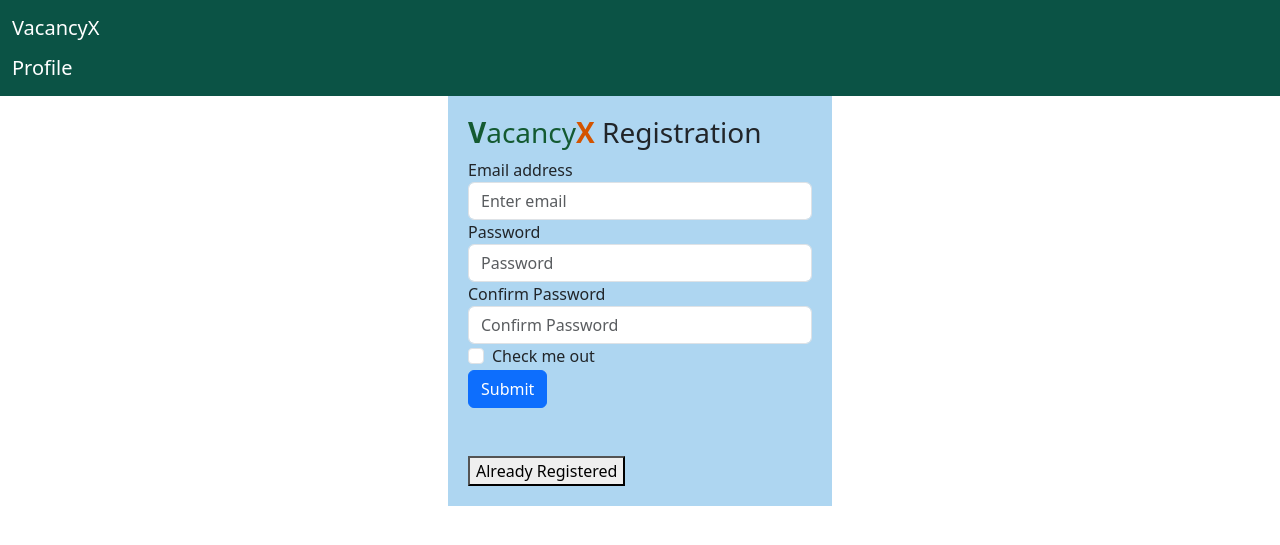
Repository: zipArk99/Vacancy-portal-serv
Page: http://localhost/VacancyPortal/
An editor plug-in stored every save of this project. The page is shown before and after the next save, followed by the edit.
The browser window is 1280 px wide. The pictures show the whole page.
The page is served by Tomcat 9. Other server files are loaded and not shown.

Above is the page before, as saved 2024-08-20 09:26:19.

### VacancyPortal/src/main/webapp/index.jsp
<%@ page language="java" contentType="text/html; charset=UTF-8"
	pageEncoding="UTF-8"%>
<%@ taglib prefix="c" uri="http://java.sun.com/jsp/jstl/core" %>
<%@ page isELIgnored="false" %>
<!DOCTYPE html>
<html>
<head>
 <meta charset="utf-8">
    <meta name="viewport" content="width=device-width, initial-scale=1">
    <title>VacancyX</title>
    <link href="https://cdn.jsdelivr.net/npm/bootstrap@5.3.3/dist/css/bootstrap.min.css" rel="stylesheet" integrity="sha384-QWTKZyjpPEjISv5WaRU9OFeRpok6YctnYmDr5pNlyT2bRjXh0JMhjY6hW+ALEwIH" crossorigin="anonymous">
</head>
<body>
<%@ include file="header.jsp" %>

<div style="width:30%; margin: auto; background-color:#aed6f1; padding:20px;">
<form action="/VacancyPortal/user" method="POST">
<h3> <span style="color: #145a32"><b>V</b>acancy</span><span style="color:#d35400;"><b>X</b></span> Registration</h3>
  <div class="form-group">
    <label for="exampleInputEmail1">Email address</label>
    <input type="email" name="email" class="form-control" id="exampleInputEmail1" value="${param.email}" aria-describedby="emailHelp" placeholder="Enter email">
    <span style="color:red;"><c:out value="${requestScope.userValidation['email']}"></c:out> </span>
  </div>
  <div class="form-group">
    <label for="exampleInputPassword1">Password</label>
    <input name="password" type="password" class="form-control" id="exampleInputPassword1" value="${param.password}" placeholder="Password">
  	<span style="color:red;"><c:out value="${requestScope.userValidation['password']}"></c:out> </span>
  </div>

   <div class="form-group">
    <label for="confexampleInputPassword1">Confirm Password</label>
    <input name="confirmpassword" type="password" class="form-control" id="confexampleInputPassword1" value="${param.confirmpassword}" placeholder="Confirm Password">
  	<span style="color:red;"><c:out value="${requestScope.userValidation['classlevelerror']}"></c:out></span>
  </div>
  <div class="form-group form-check">
    <input type="checkbox" class="form-check-input" id="exampleCheck1" name="check">
    <label class="form-check-label" for="exampleCheck1">Check me out</label>
  </div>
  <button type="submit" class="btn btn-primary">Submit</button>
</form>
<br><br>
<form action="/VacancyPortal/user/login" method="get">
<button type="submit">Already Registered</button>
</form>

</div>
</body>
</html>

### VacancyPortal/src/main/webapp/header.jsp
<%@ page language="java" contentType="text/html; charset=UTF-8"
    pageEncoding="UTF-8"%>
<!DOCTYPE html>
<html>
  <head>
    <meta charset="utf-8">
    <meta name="viewport" content="width=device-width, initial-scale=1">
    <title>Bootstrap demo</title>
    <link href="https://cdn.jsdelivr.net/npm/bootstrap@5.3.3/dist/css/bootstrap.min.css" rel="stylesheet" integrity="sha384-QWTKZyjpPEjISv5WaRU9OFeRpok6YctnYmDr5pNlyT2bRjXh0JMhjY6hW+ALEwIH" crossorigin="anonymous">
  </head>
<body>

<nav class="navbar navbar-dark" style="background-color: #0b5345">
  <div class="container-fluid">
    <a class="navbar-brand" href="#">
      VacancyX
    </a>
  </div>
  <div  class="container-fluid">
  <a class="navbar-brand" href="#">Profile</a>
  </div>
</nav>
</body>
</html>

After the next save:
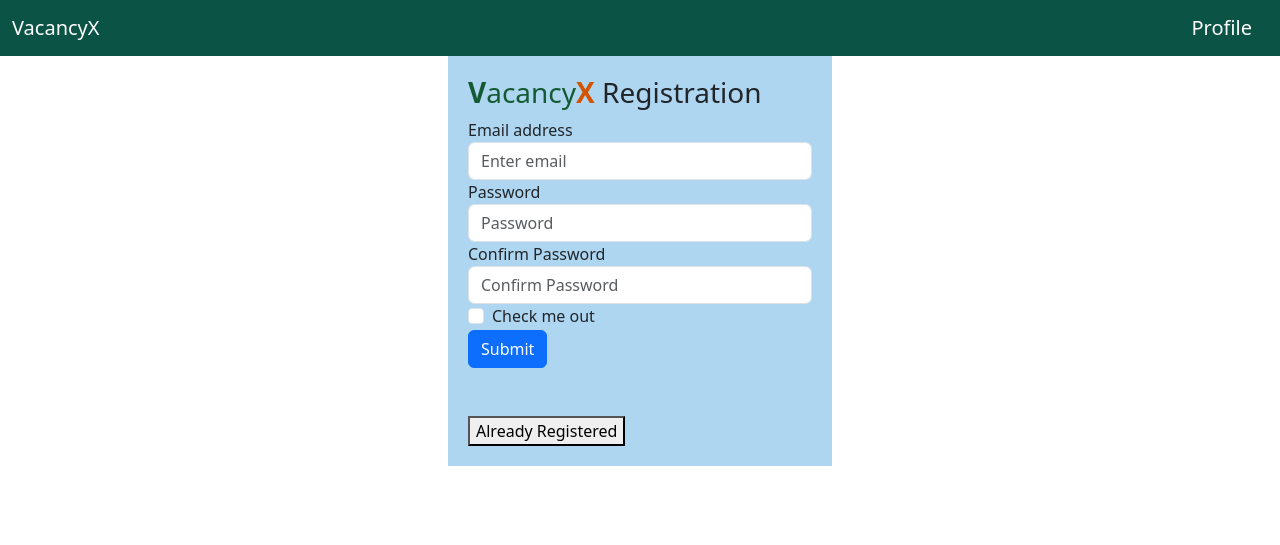
Saved 33 s later.
--- a/VacancyPortal/src/main/webapp/header.jsp
+++ b/VacancyPortal/src/main/webapp/header.jsp
@@ -15,9 +15,7 @@
     <a class="navbar-brand" href="#">
       VacancyX
     </a>
-  </div>
-  <div  class="container-fluid">
-  <a class="navbar-brand" href="#">Profile</a>
+    <a class="navbar-brand" href="#">Profile</a>
   </div>
 </nav>
 </body>

After the save that followed:
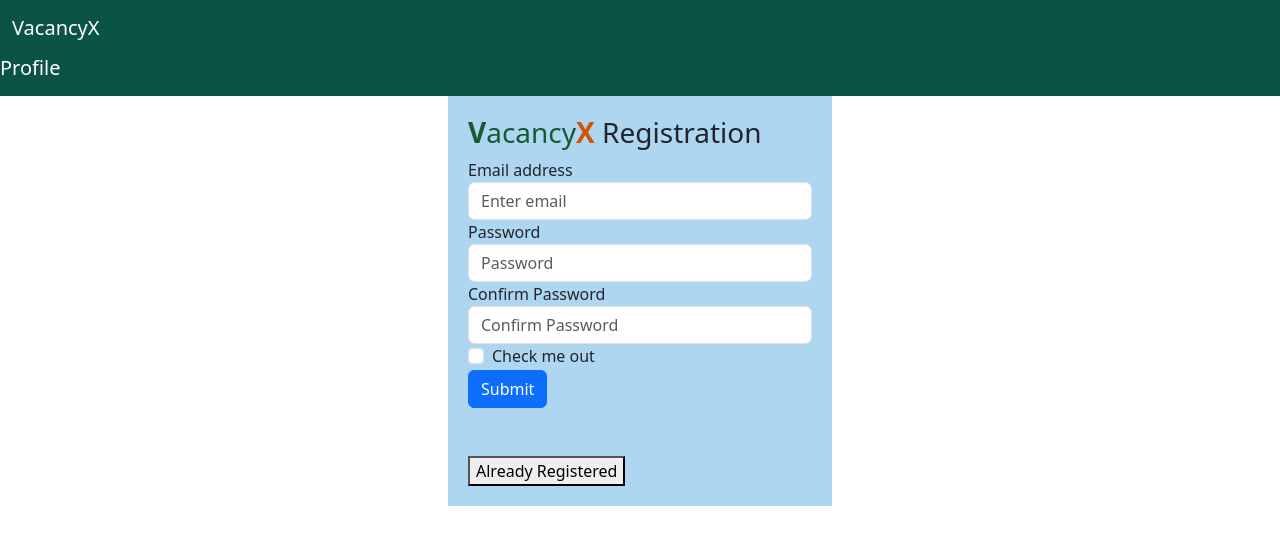
Saved 36 s later.
--- a/VacancyPortal/src/main/webapp/header.jsp
+++ b/VacancyPortal/src/main/webapp/header.jsp
@@ -15,8 +15,9 @@
     <a class="navbar-brand" href="#">
       VacancyX
     </a>
-    <a class="navbar-brand" href="#">Profile</a>
+
   </div>
+   <a class="navbar-brand" href="#">Profile</a>
 </nav>
 </body>
 </html>
